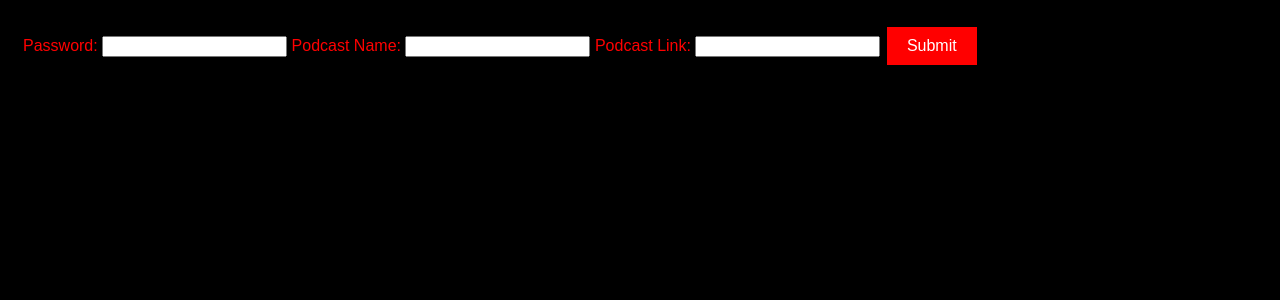
Repository: fechinmitchell/thedailyonepercent
Page: form.html
An editor plug-in stored every save of this project. The page is shown before and after the next save, followed by the edit.
The browser window is 1280 px wide. The pictures show the whole page.

Above is the page before, as saved 2023-06-21 21:24:10.

### form.html
<!DOCTYPE html>
<html>
<head>
  <link rel="stylesheet" type="text/css" href="popup.css">
</head>
<body>
  <form id="podcast-form">
    <label for="password">Password:</label>
    <input type="password" id="password" name="password" required>

    <label for="podcastName">Podcast Name:</label>
    <input type="text" id="podcastName" name="podcastName" required>

    <label for="podcastLink">Podcast Link:</label>
    <input type="text" id="podcastLink" name="podcastLink" required>

    <button type="button" id="submit">Submit</button>
  </form>
  <script src="form.js"></script>
</body>
</html>

### popup.css
body {
    background-color: #000;
    color: #f00;
    font-family: Arial, sans-serif;
    padding: 15px;
  }

  h1 {
    font-size: 1.5em;
    margin-bottom: 10px;
  }

  #podcast {
    font-size: 1.2em;
    margin-bottom: 20px;
  }

  button {
    background-color: #f00;
    border: none;
    color: #fff;
    padding: 10px 20px;
    text-align: center;
    text-decoration: none;
    display: inline-block;
    font-size: 16px;
    margin: 4px 2px;
    cursor: pointer;
  }

### form.js
document.getElementById('submit').addEventListener('click', function() {
    var password = document.getElementById('password').value;

    if (password === 'your_password_here') {
      var newPodcastName = document.getElementById('podcastName').value;
      var newPodcastLink = document.getElementById('podcastLink').value;
      var dayOfMonth = new Date().getDate();
      localStorage.setItem(dayOfMonth, JSON.stringify({ name: newPodcastName, link: newPodcastLink }));
      alert("Podcast info saved!");
    } else {
      alert("Invalid password!");
    }
  });

After the next save:
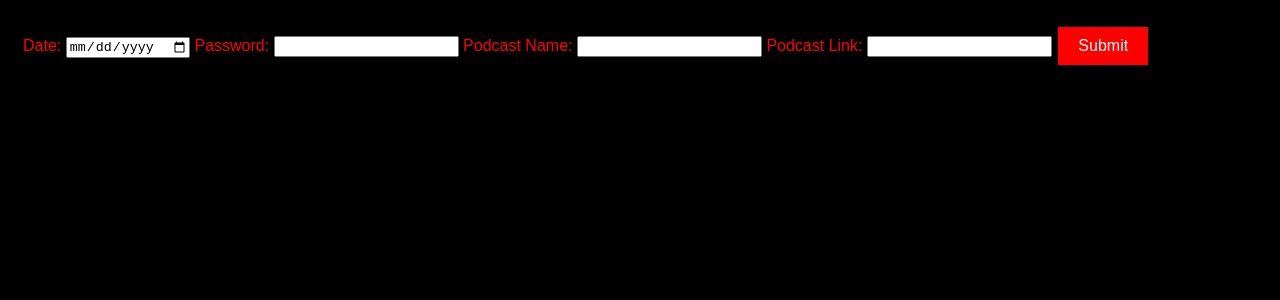
Saved 2 min 34 s later.
--- a/form.html
+++ b/form.html
@@ -5,6 +5,9 @@
 </head>
 <body>
   <form id="podcast-form">
+    <label for="date">Date:</label>
+    <input type="date" id="date" name="date" required>
+
     <label for="password">Password:</label>
     <input type="password" id="password" name="password" required>
 
